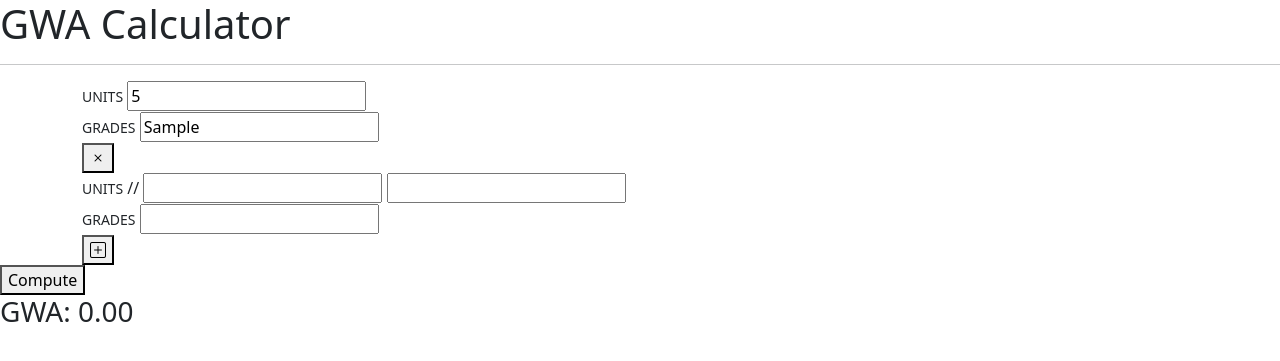
Repository: yonora/GWACalculator
Page: index.html
The author's editor kept a copy of each file at every save. The page is drawn from the files as they stood at one save, then again after the next save.
The browser window is 1280 px wide. The pictures show the whole page.
Empty fields were first filled with sample values (such as "Sample", 5 or name@example.com).
After loading, the first visible `button.col-auto` was clicked once.

Above is the page before, as saved 2025-01-07 22:21:32.

After the next save:
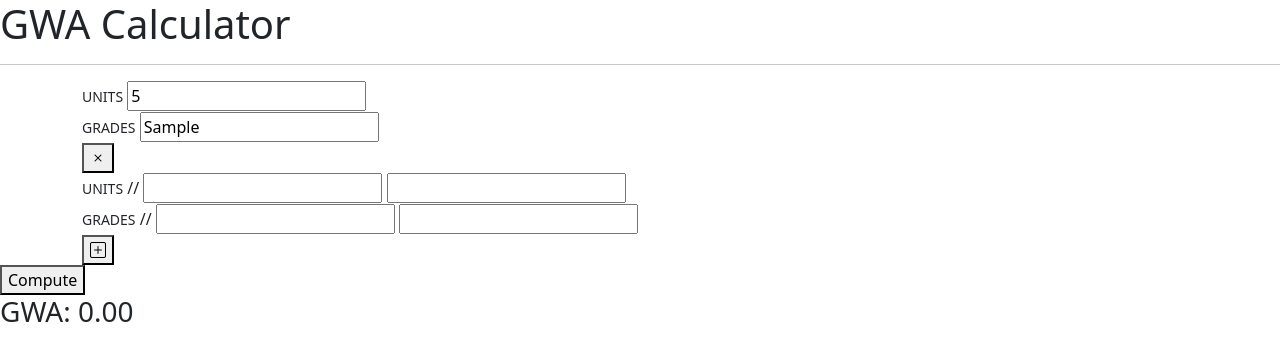
Saved 14 s later.
--- a/js.js
+++ b/js.js
@@ -16,6 +16,7 @@ function add(){
             </div>
             <div class="col-auto">
                 <label class="col-form-label-sm">GRADES</label>
+                // <input type="text" class="col-form-control grades" oninput="getGWA()">
                 <input type="text" class="col-form-control grades" oninput="getGWA()">
             </div>
             <button class="col-auto add " onclick="add()"><i class="bi bi-plus-square"></i></button>
